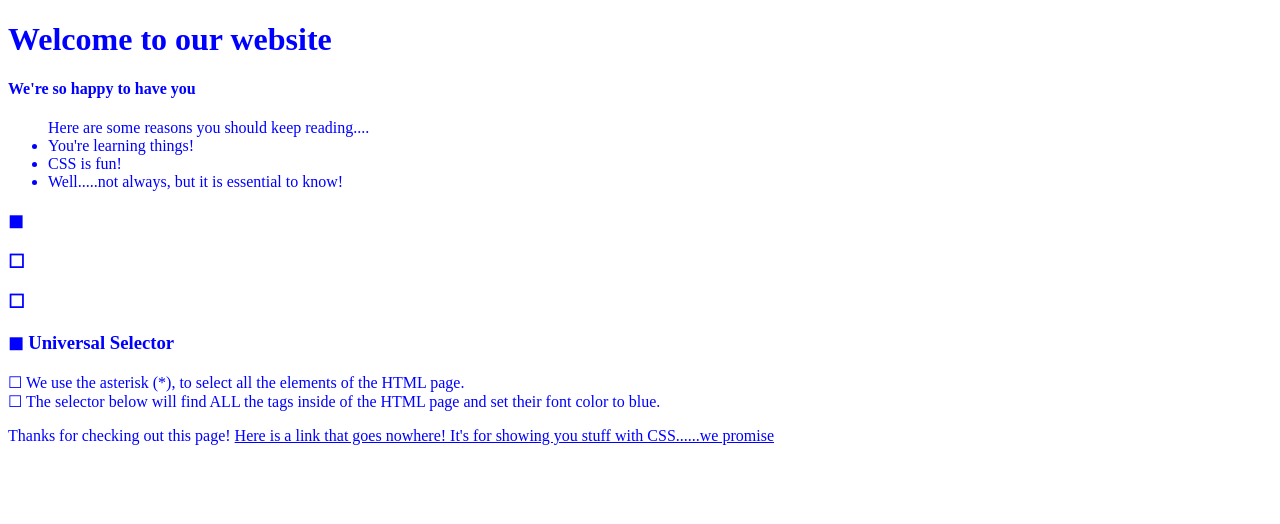
Repository: AnnaSpirit/Tests__
Page: CSS/Useful_Selectors.html
An editor plug-in stored every save of this project. The page is shown before and after a run of saves, followed by the edit.
The browser window is 1280 px wide. The pictures show the whole page.

Above is the page before, as saved 2024-04-01 12:15:12.

### CSS/Useful_Selectors.html
<!DOCTYPE html>
<html lang="en">
<head>
    <meta charset="UTF-8">
    <meta name="viewport" content="width=device-width, initial-scale=1.0">
    <title>Useful Selectors</title>
    <link rel="stylesheet" href="style_Selectors.css">
</head>
<body>
    <header>
        <h1>Welcome to our website</h1>
        <h4>We're so happy to have you</h4>
    </header>
    <section>
        <ul> Here are some reasons you should keep reading....
            <li>You're learning things!</li>
            <li>CSS is fun!</li>
            <li>Well.....not always, but it is essential to know!</li>
        </ul>
    </section>
    <section>
        <h3> &#9724;
            <p> &#9744; </p>
            <p> &#9744; </p>
        </h3>
        <h3> &#9724; Universal Selector</h3>
        <p>&#9744; We use the asterisk (*), to select all the elements of the HTML page. <br>
        &#9744; The selector below will find ALL the tags inside of the HTML page and set their font color to blue.</p>
    </section>
    <footer>
        <p>
            Thanks for checking out this page!
            <a href="#">Here is a link that goes nowhere! It's for showing you stuff with CSS......we promise</a>
        </p>
    </footer>
</body>
</html>

### CSS/style_Selectors.css
/* Universal Selector */
* {
    color: blue;
}

After the next 3 saves:
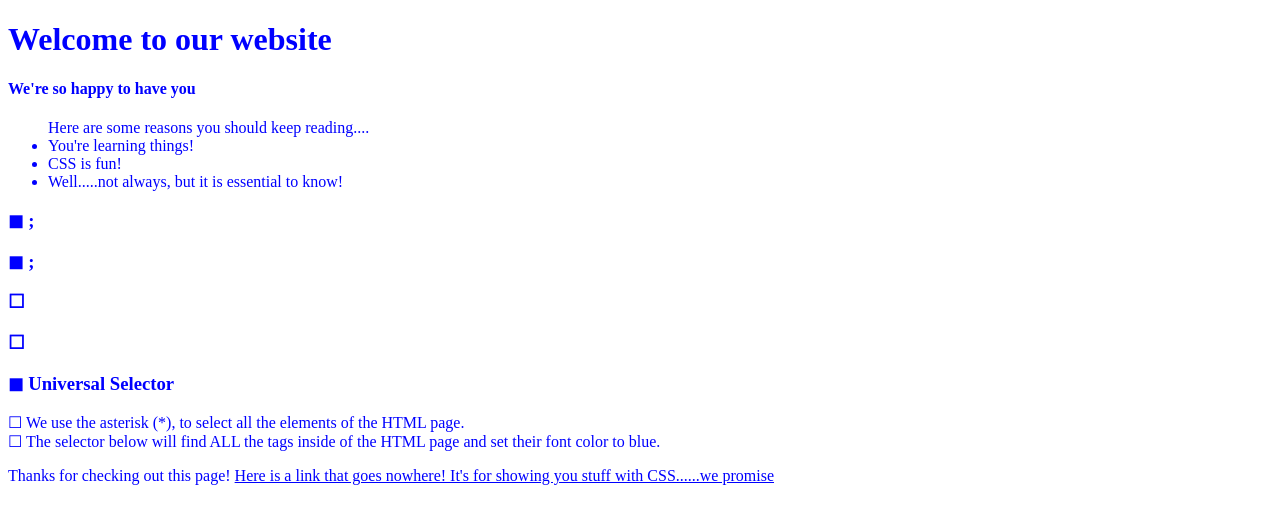
The 3 saves are shown as one change because they came seconds apart.
The last was saved 56 s later.
--- a/CSS/Useful_Selectors.html
+++ b/CSS/Useful_Selectors.html
@@ -19,7 +19,7 @@
         </ul>
     </section>
     <section>
-        <h3> &#9724;
+        <h3> &#9724 ;<h3> &#9724 ;
             <p> &#9744; </p>
             <p> &#9744; </p>
         </h3>

After the 5 saves that followed:
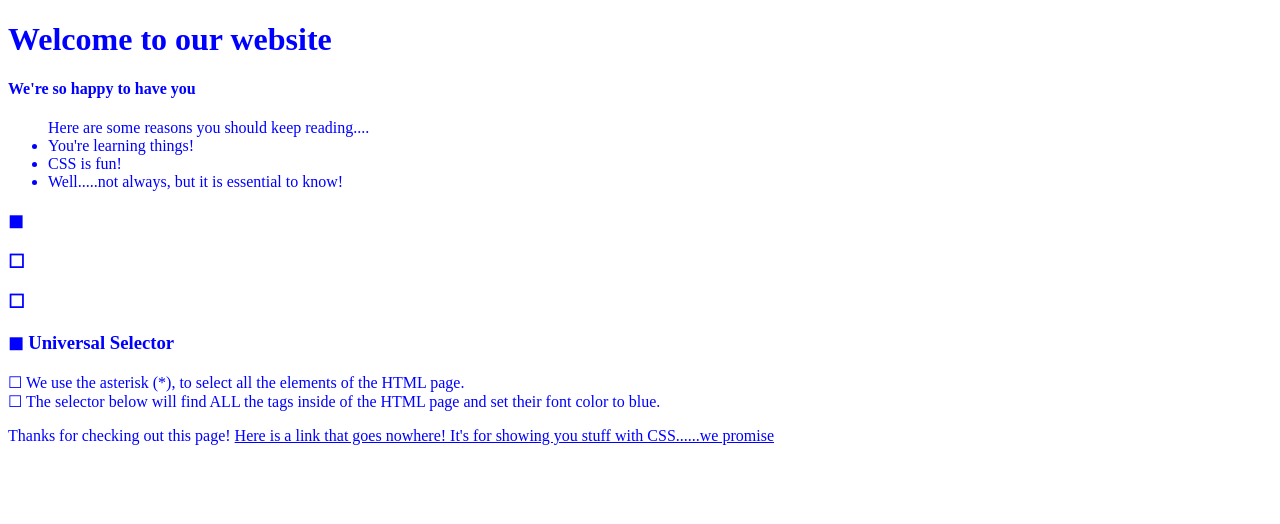
The 5 saves are shown as one change because they came seconds apart.
The last was saved 11 s later.
--- a/CSS/Useful_Selectors.html
+++ b/CSS/Useful_Selectors.html
@@ -19,7 +19,7 @@
         </ul>
     </section>
     <section>
-        <h3> &#9724 ;<h3> &#9724 ;
+        <h3> &#9724;
             <p> &#9744; </p>
             <p> &#9744; </p>
         </h3>
